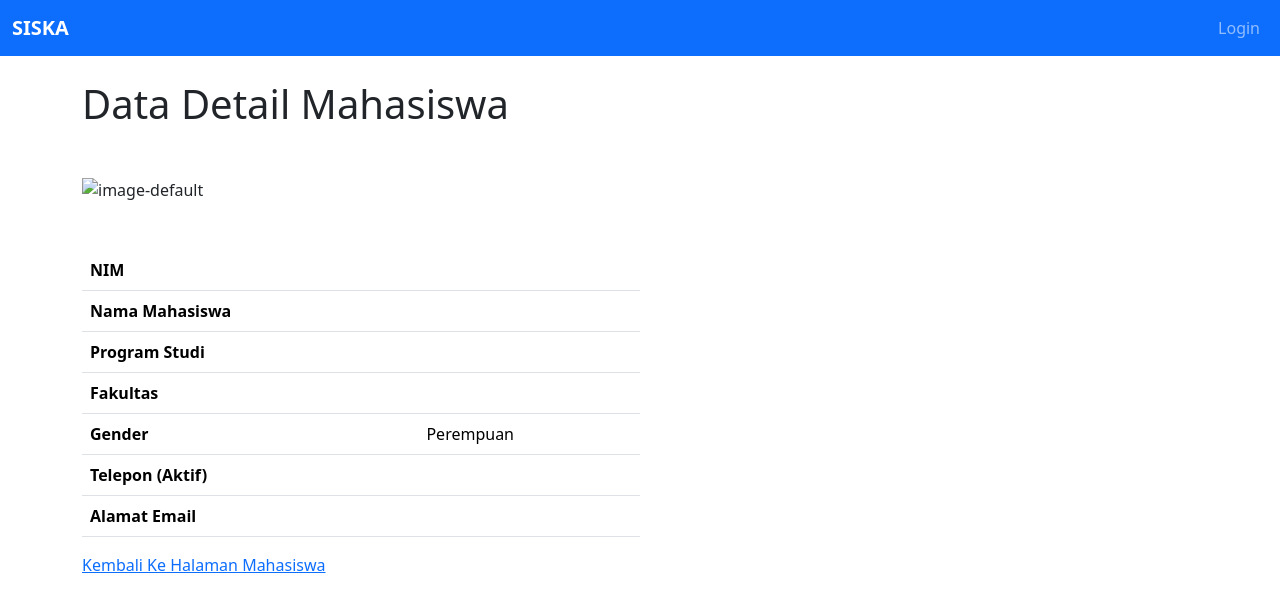
Repository: WiraAtma/administrasi-kampus
Page: resources/views/mahasiswa-detail.blade.php
The author's editor kept a copy of each file at every save. The page is drawn from the files as they stood at one save, then again after the next save.
The browser window is 1280 px wide. The pictures show the whole page.
The page is served by the project's Laravel application, run on PHP 8.4 with Laravel 12. Other server files are loaded and not shown. The template is opened directly, without the code that normally fills it, so the values that code supplies are empty.

Above is the page before, as saved 2024-10-26 16:10:18.

### routes/web.php
<?php

use App\Http\Controllers\AuthController;
use App\Http\Controllers\FakultasController;
use App\Http\Controllers\MahasiswaController;
use App\Http\Controllers\ProdiController;
use App\Http\Middleware\AdminAccess;
use App\Http\Middleware\DosenAccess;
use Illuminate\Support\Facades\Route;

Route::get('/', function() {
    return view('home');
});

Route::get('/login', [AuthController::class, 'login'])->name('login')->middleware('guest');
Route::post('/login', [AuthController::class, 'authenticing'])->middleware('guest');
Route::get('/logout', [AuthController::class, 'logout']);

Route::get('/mahasiswa', [MahasiswaController::class, 'index'])->middleware('auth');
Route::get('/mahasiswa-detail/{id}', [MahasiswaController::class, 'show'])->middleware('auth');
Route::get('/mahasiswa-create', [MahasiswaController::class, 'create'])->middleware([AdminAccess::class]);
Route::post('/filter-mahasiswa', [MahasiswaController::class, 'store'])->middleware([AdminAccess::class]);
Route::get('/mahasiswa-edit/{id}', [MahasiswaController::class, 'edit'])->middleware([DosenAccess::class]);
Route::put('/filter-mahasiswa/{id}', [MahasiswaController::class, 'update'])->middleware([DosenAccess::class]);
Route::get('/mahasiswa-delete/{id}', [MahasiswaController::class, 'delete'])->middleware([AdminAccess::class]);
Route::delete('/filter-delete-mahasiswa/{id}', [MahasiswaController::class, 'destroy'])->middleware([AdminAccess::class]);
Route::get('/mahasiswa-temporary', [MahasiswaController::class, 'mahasiswaDeleted'])->middleware([AdminAccess::class]);
Route::get('/filter-restore-mahasiswa/{id}', [MahasiswaController::class, 'restore'])->middleware([AdminAccess::class]);

Route::get('/prodi', [ProdiController::class, 'index'])->middleware('auth');
Route::get('/prodi-detail/{id}', [ProdiController::class, 'show'])->middleware('auth');
Route::get('/prodi-create', [ProdiController::class, 'create'])->middleware([AdminAccess::class]);
Route::post('/filter-prodi', [ProdiController::class, 'store'])->middleware([AdminAccess::class]);
Route::get('/prodi-edit/{id}', [ProdiController::class, 'edit'])->middleware([DosenAccess::class]);
Route::post('/filter-prodi/{id}', [ProdiController::class, 'update'])->middleware([DosenAccess::class]);
Route::get('/prodi-delete/{id}', [ProdiController::class, 'delete'])->middleware([AdminAccess::class]);
Route::delete('/filter-delete-prodi/{id}', [ProdiController::class, 'destroy'])->middleware(AdminAccess::class);
Route::get('/prodi-temporary', [ProdiController::class, 'prodiDeleted'])->middleware([AdminAccess::class]);
Route::get('/filter-restore-prodi/{id}', [ProdiController::class, 'restore'])->middleware([AdminAccess::class]);

Route::get('/fakultas', [FakultasController::class, 'index'])->middleware('auth');

### resources/views/mahasiswa-detail.blade.php
@extends('layouts.mainLayouts')

@section('title','Detail Mahasiswa')

@section('content')
    <h1>Data Detail Mahasiswa</h1>
    <div class="my-5">
        @if ($mahasiswa->image != '')
            <img src="{{ asset('storage/photo/'. $mahasiswa->image) }}" alt="image" style="width:200px">
        @else
            <img src="{{ asset('storage/default/defaultPhoto.jpg') }}" alt="image-default" style="width:200px">
        @endif

    </div>
    <div class="mt-5">
        <table class="table" style="width: 50%">
            <tr>
                <th>NIM</th>
                <td>{{ $mahasiswa->nim }}</td>
            </tr>
            <tr>
                <th>Nama Mahasiswa</th>
                <td>{{ $mahasiswa->name }}</td>
            </tr>
            <tr>
                <th>Program Studi</th>
                <td>{{ $mahasiswa->prodi->name }}</td>
            </tr>
            <tr>
                <th>Fakultas</th>
                <td>{{ $mahasiswa->prodi->fakultas->name }}</td>
            </tr>
            <tr>
                <th>Gender</th>
                <td>
                    @if ($mahasiswa->gender === 'L')
                        Laki - Laki
                    @else
                        Perempuan
                    @endif
                </td>
            </tr>
            <tr>
                <th>Telepon (Aktif)</th>
                <td>{{ $mahasiswa->phone }}</td>
            </tr>
            <tr>
                <th>Alamat Email</th>
                <td>{{ $mahasiswa->email }}</td>
            </tr>
        </table>
    </div>
    <a href="/mahasiswa">Kembali Ke Halaman Mahasiswa</a>
@endsection

### resources/views/layouts/mainLayouts.blade.php
<!DOCTYPE html>
<html lang="en">
<head>
    <meta charset="UTF-8">
    <meta name="viewport" content="width=device-width, initial-scale=1.0">
    <meta http-equiv="X-UA-Compatible" content="ie=edge">
    <title>SISKA | @yield('title')</title>
    <link href="https://cdn.jsdelivr.net/npm/bootstrap@5.3.3/dist/css/bootstrap.min.css" rel="stylesheet" integrity="sha384-QWTKZyjpPEjISv5WaRU9OFeRpok6YctnYmDr5pNlyT2bRjXh0JMhjY6hW+ALEwIH" crossorigin="anonymous">
</head>
<body>
    <nav class="navbar sticky-top bg-primary navbar-expand-lg" data-bs-theme="dark">
        <div class="container-fluid">
          <a class="navbar-brand" href="/" style="font-weight: bold">SISKA</a>
          <button class="navbar-toggler" type="button" data-bs-toggle="collapse" data-bs-target="#navbarTogglerDemo02" aria-controls="navbarTogglerDemo02" aria-expanded="false" aria-label="Toggle navigation">
            <span class="navbar-toggler-icon"></span>
          </button>
          <div class="collapse navbar-collapse" id="navbarTogglerDemo02">
              <ul class="navbar-nav me-auto mb-2 mb-lg-0">
              @if(auth()->check() && auth()->user()->name != '')
              @else
                <li class="nav-item">
                  <a class="nav-link invisible {{ request()->is('/') ? 'active' : ''}}" href="/">Beranda</a>
                </li>
              @endif
              @if(auth()->check() && auth()->user()->name != '')
                <li class="nav-item">
                  <a class="nav-link {{ request()->is('mahasiswa') ? 'active' : ''}}" href="/mahasiswa">Mahasiswa</a>
                </li>
                <li class="nav-item">
                  <a class="nav-link {{ request()->is('prodi') ? 'active' : ''}}" href="/prodi">Program Studi</a>
                </li>
                <li class="nav-item">
                  <a class="nav-link {{ request()->is('fakultas') ? 'active' : ''}}" href="/fakultas">Fakultas Kampus</a>
                </li>
              @else
              @endif
              </ul>
            <ul class="navbar-nav">
              <li class="nav-item">
                @if(auth()->check() && auth()->user()->name != '')
                  <a href="/logout" class="nav-link">Logout</a>
                @else
                  <a href="/login" class="nav-link">Login</a>
                @endif
              </li>
            </ul>
          </div>
        </div>
    </nav>
    <div class="container mt-4">
        @yield('content')
    </div>
    <script src="https://cdn.jsdelivr.net/npm/bootstrap@5.3.3/dist/js/bootstrap.bundle.min.js" integrity="sha384-YvpcrYf0tY3lHB60NNkmXc5s9fDVZLESaAA55NDzOxhy9GkcIdslK1eN7N6jIeHz" crossorigin="anonymous"></script>
</body>
</html>

After the next save:
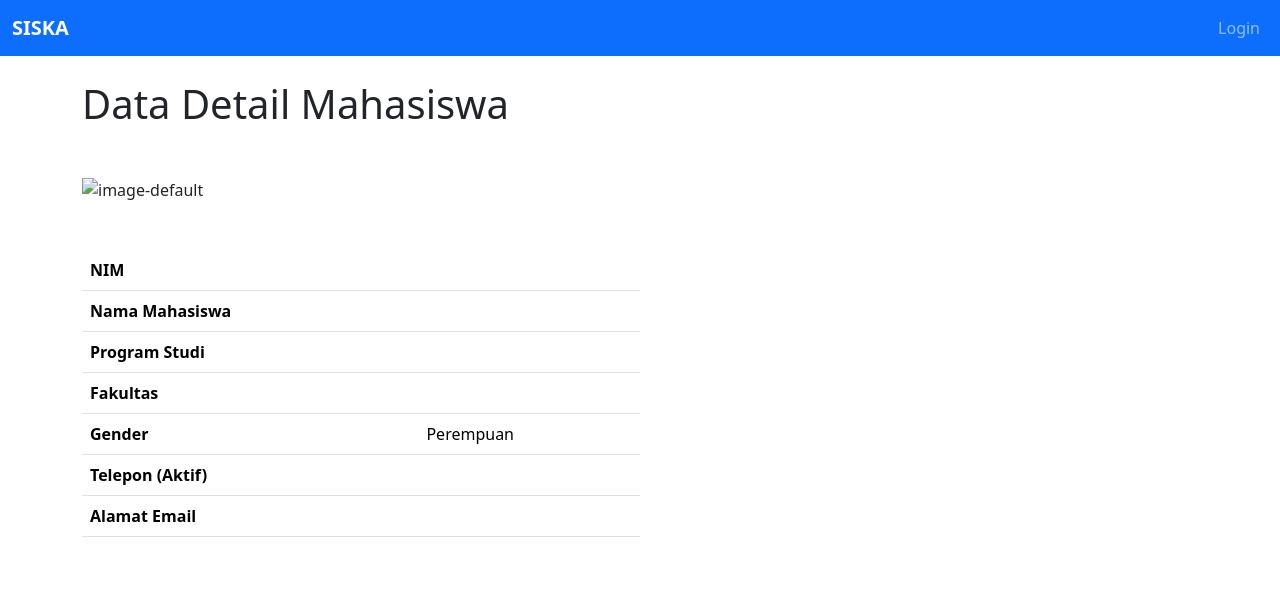
Saved 12 s later.
--- a/resources/views/mahasiswa-detail.blade.php
+++ b/resources/views/mahasiswa-detail.blade.php
@@ -50,5 +50,4 @@
             </tr>
         </table>
     </div>
-    <a href="/mahasiswa">Kembali Ke Halaman Mahasiswa</a>
 @endsection
